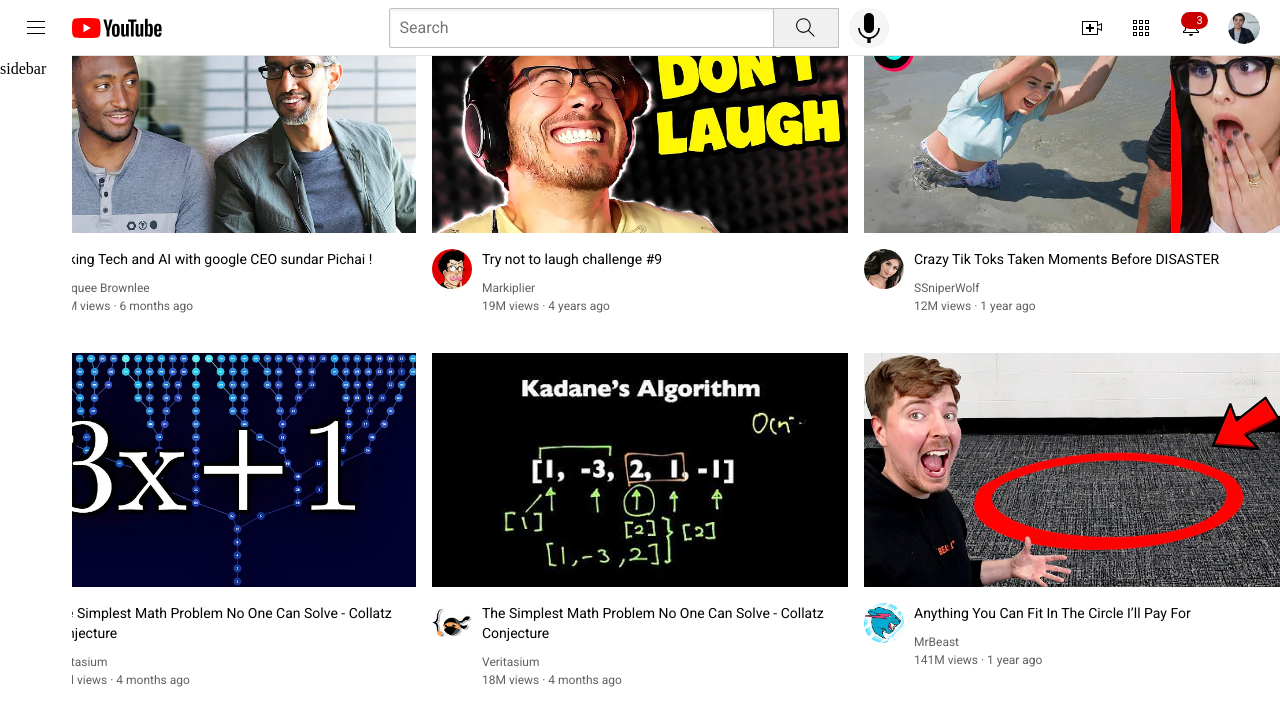
Repository: knowledgeAlan/html-css-sixteen
Page: youtube.html
An editor plug-in stored every save of this project. The page is shown before and after the next save, followed by the edit.
The browser window is 1280 px wide. The pictures show the whole page.

Above is the page before, as saved 2024-04-12 17:36:36.

After the next save:
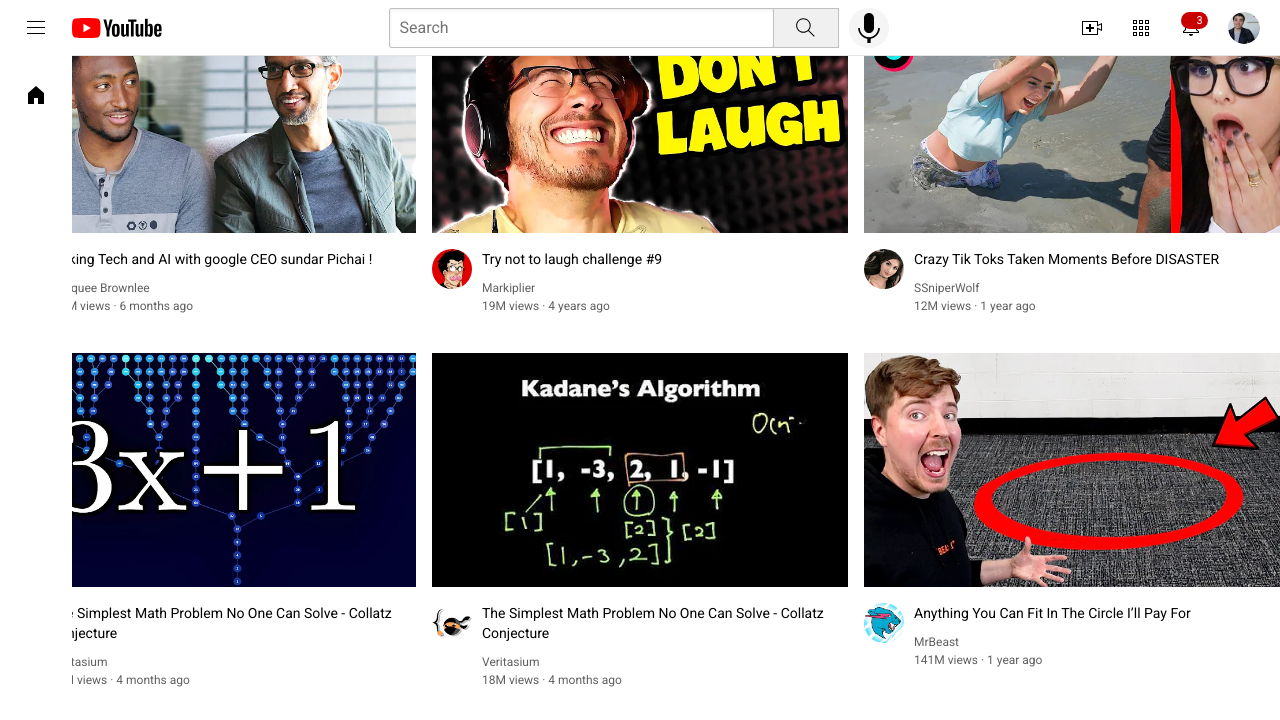
Saved 90 s later.
--- a/youtube.html
+++ b/youtube.html
@@ -54,7 +54,9 @@
         </div>
 
         <div class="sidebar">
-            sidebar
+          <div class="sidebar-link">
+            <img src="icons/home.svg">
+          </div>
         </div>
 
         <div class="video-grid">
